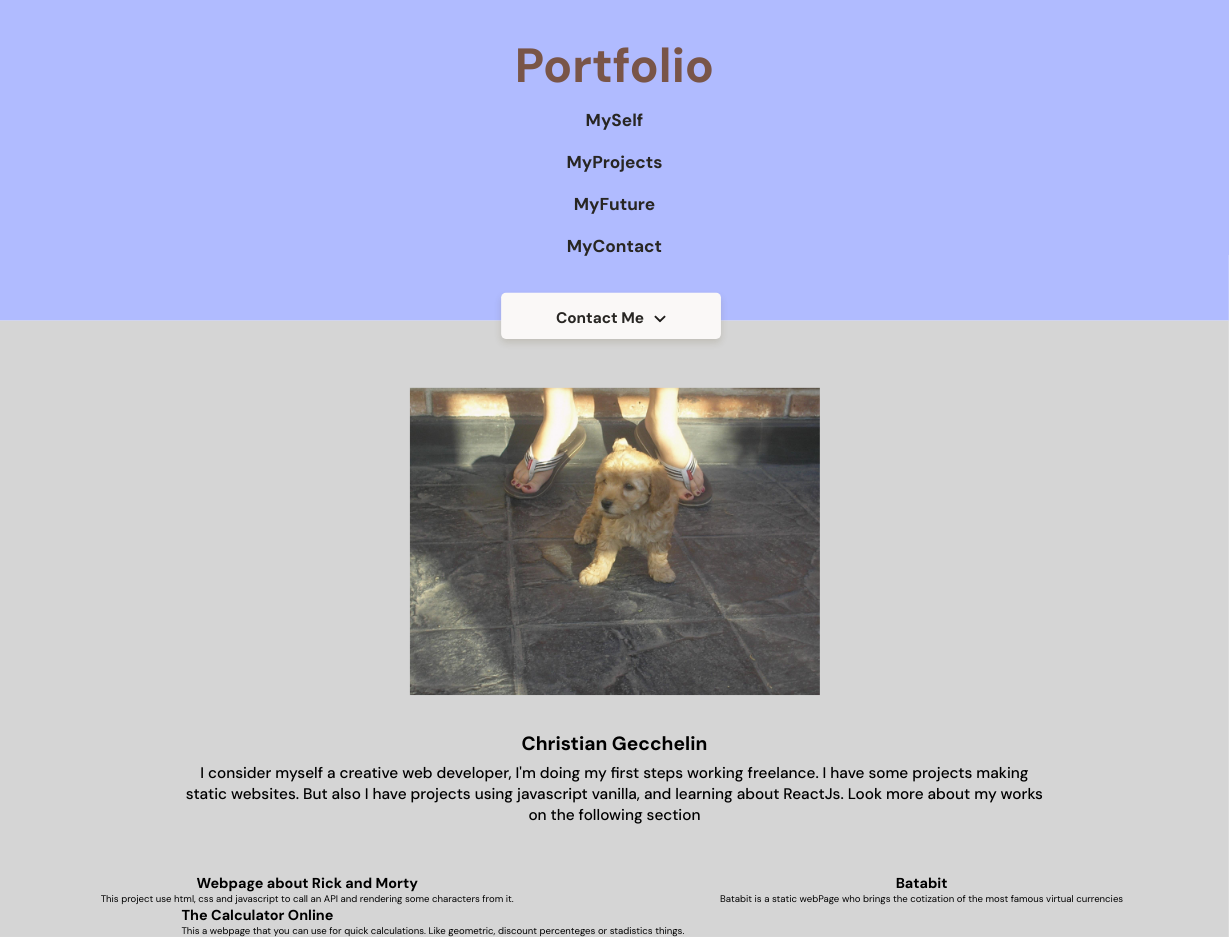
Repository: ChristianGecchelin/PortfolioOnline
Page: index.html
The author's editor kept a copy of each file at every save. The page is drawn from the files as they stood at one save, then again after a run of saves.
The browser window is 1280 px wide. The pictures show the whole page, at 96% of full size.

Above is the page before, as saved 2022-01-10 11:04:22.

### index.html
<!DOCTYPE html>
<html lang="en">
  <head>
    <meta charset="UTF-8" />
    <meta http-equiv="X-UA-Compatible" content="IE=edge" />
    <meta name="viewport" content="width=device-width, initial-scale=1.0" />
    <title>Portfolio Christian</title>
    <link rel="preconnect" href="https://fonts.googleapis.com" />
    <link rel="preconnect" href="https://fonts.gstatic.com" crossorigin />
    <link
      href="https://fonts.googleapis.com/css2?family=DM+Sans:wght@400;500;700&family=Inter:wght@300;500&display=swap"
      rel="stylesheet"
    />
    <link rel="stylesheet" href="./styles/styles.css" />
  </head>
  <body>
    <header>
      <nav>
        <h1>Portfolio</h1>
        <ul class="list-container">
          <li class="list-container-link">
            <a class="" href="">MySelf</a>
          </li>
          <li class="list-container-link">
            <a class="" href="">MyProjects</a>
          </li>
          <li class="list-container-link">
            <a class="" href="">MyFuture</a>
          </li>
          <li class="list-container-link">
            <a class="" href="">MyContact</a>
          </li>
        </ul>
        <a class="header--nav-button" href="#MyContact">
          Contact Me<span></span
        ></a>
      </nav>
    </header>
    <main>
      <section class="principalContainer-mySelf">
        <div class="principalContainer-mySelf--image">
          <div class="image-cv"></div>
        </div>
        <div class="principalContainer-mySelf--information">
          <h2>Christian Gecchelin</h2>
          <p>
            I consider myself a creative web developer, I'm doing my first steps
            working freelance. I have some projects making static websites. But
            also I have projects using javascript vanilla, and learning about
            ReactJs. Look more about my works on the following section
          </p>
        </div>
      </section>

      <section class="principalContainer-myProject">
        <div class="rickAndMortyCharacters">
          <h2 href="">Webpage about Rick and Morty</h2>
          <div>
            <div class="img-project"></div>
            <p>
              This project use html, css and javascript to call an API and
              rendering some characters from it.
            </p>
          </div>
        </div>
        <div class="batabit">
          <h2 href="">Batabit</h2>
          <div class="img-project"></div>
          <p>
            Batabit is a static webPage who brings the cotization of the most
            famous virtual currencies
          </p>
        </div>
        <div class="calculatorProject">
          <h2 href="">The Calculator Online</h2>
          <div class="img-project"></div>
          <p>
            This a webpage that you can use for quick calculations. Like
            geometric, discount percenteges or stadistics things.
          </p>
        </div>
        <div></div>
      </section>
      <section class="principalContainer-myFuture"></section>
      <section class="principalContainer-myContact"></section>
    </main>
  </body>
</html>

### styles/styles.css
:root {
  --strong-orange: #f7931a;
  --soft-orange: #ffe9d5;
  --secondary-blue: #1a9af7;
  --soft-blue: #e7f5ff;
  --warm-black: #201e1c;
  --black: #282623;
  --grey: #bababa;
  --off-white: #faf8f7;
  --just-white: #fff;
  --light-violet: #b0bbff;
  --strong-violet: #5764b3;
  --skin-color: #ffecb0;
  --yellow-skin-color: #fff3c9;
  --almost-brown: #b3a169;
}
* {
  box-sizing: border-box;
  margin: 0;
  padding: 0;
}
html {
  font-size: 62.5%;
  font-family: "DM Sans", sans-serif;
}
header {
  display: flex;
  flex-direction: column;
  justify-content: center;
  height: 334px;
  background: var(--light-violet);
  text-align: center;
}
header nav {
  flex-direction: column;
  justify-content: center;
  width: 90%;
  min-width: 288px;
  height: 218px;
  align-self: center;
  text-align: center;
  margin-top: -30px;
}
header nav h1 {
  font-size: 5rem;
  font-weight: 700;
  line-height: 5rem;
  color: #795548;
}

header nav .list-container-link {
  margin-top: 20px;
  list-style: none;
}
header nav .list-container-link a {
  font-size: 1.8rem;
  font-weight: 700;
  line-height: 2.4rem;
  text-decoration: none;
  color: var(--black);
}

header nav .header--nav-button {
  position: absolute;
  top: 270px;
  left: calc(50% - 118px);
  display: block;
  margin-top: 35px;
  padding: 15px;
  width: 229px;
  height: 48px;
  background-color: var(--off-white);
  font-size: 1.6rem;
  font-weight: 700;
  text-decoration: none;
  color: var(--black);
  box-shadow: 0px 4px 8px rgba(89, 73, 30, 0.16);
  border: none;
  border-radius: 5px;
}
header nav .header--nav-button span {
  display: inline-block;
  width: 13px;
  height: 8px;
  margin-left: 10px;
  background-image: url(../assets/icons/down-arrow.svg);
}
main {
  width: 100%;
  height: auto;
  background-color: #d5d5d5;
}
main .principalContainer-mySelf {
  display: flex;
  flex-direction: column;
  justify-content: center;
  width: 100%;
  min-width: 320px;
  height: auto;
  padding-top: 70px;
  text-align: center;
}
.principalContainer-mySelf--image .image-cv {
  min-width: 320px;
  height: 320px; /* luego en las otras resos lo agrando */
  margin: 0 auto;
  background-image: url(../assets/images/IMG_4340.JPG);
  background-size: contain;
  background-position: center;
  background-repeat: no-repeat;
}
.principalContainer-mySelf--information {
  width: 90%;
  min-width: 288px;
  max-width: 900px;
  text-align: center;
  align-self: center;
  padding-bottom: 50px;
}
.principalContainer-mySelf--information h2 {
  padding-top: 30px;
  font-size: 2rem;
  line-height: 4rem;
}
.principalContainer-mySelf--information p {
  font-size: 1.6rem;
  font-weight: 500;
  line-height: 2.2rem;
}
.principalContainer-myProject {
  display: flex;
  flex-direction: row;
  flex-wrap: wrap;
  justify-content: space-around;
  width: 100%;
  height: auto;
}
.principalContainer-myProject .rickAndMortyCharacters {
  width: 40%;
  text-align: center;
}
.principalContainer-myProject .batabit {
  width: 40%;
  text-align: center;
}

After the next 2 saves:
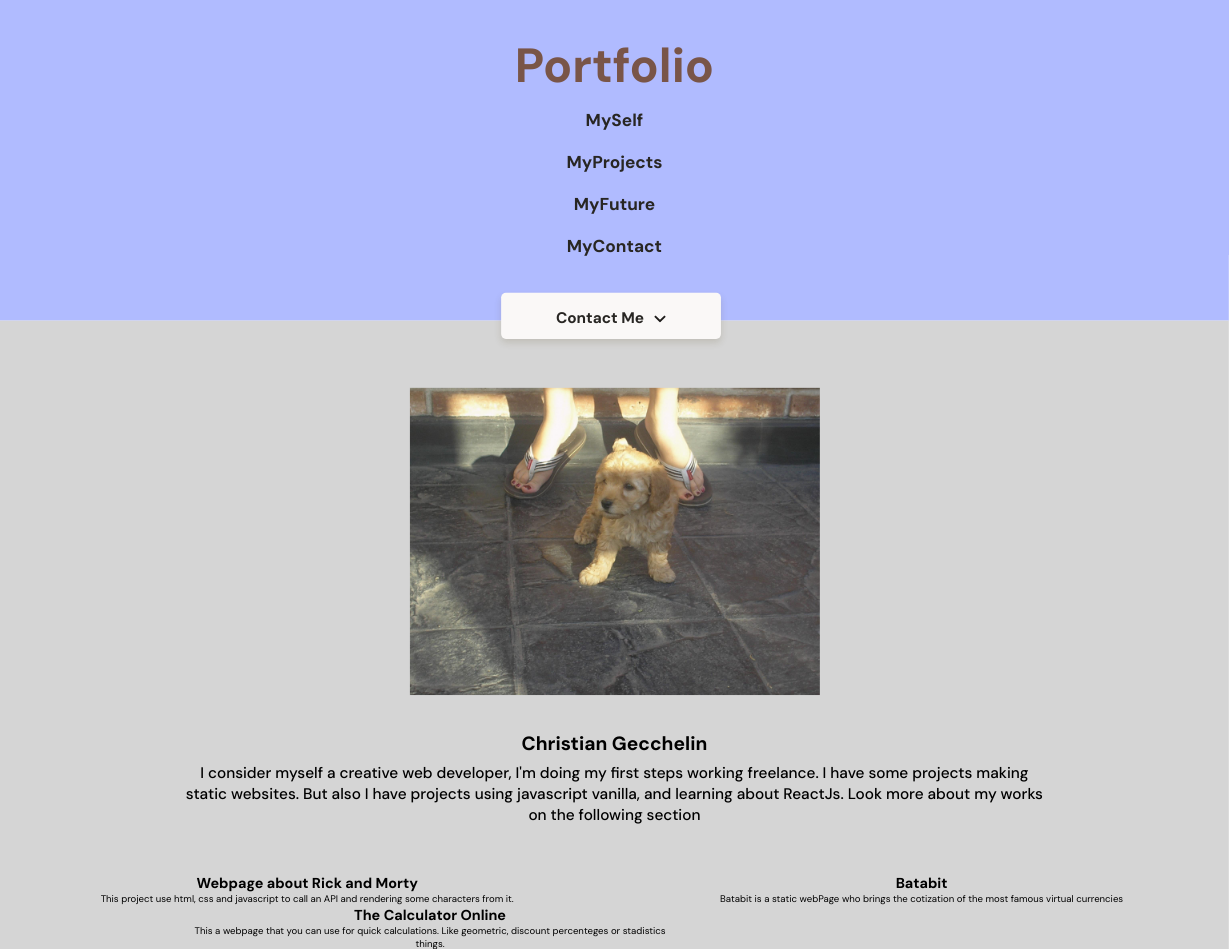
The 2 saves are shown as one change because they came seconds apart.
The last was saved 36 s later.
--- a/styles/styles.css
+++ b/styles/styles.css
@@ -135,11 +135,9 @@ main .principalContainer-mySelf {
   width: 100%;
   height: auto;
 }
-.principalContainer-myProject .rickAndMortyCharacters {
+.principalContainer-myProject .rickAndMortyCharacters,
+.principalContainer-myProject .batabit,
+.principalContainer-myProject .calculatorProject {
   width: 40%;
   text-align: center;
 }
-.principalContainer-myProject .batabit {
-  width: 40%;
-  text-align: center;
-}
